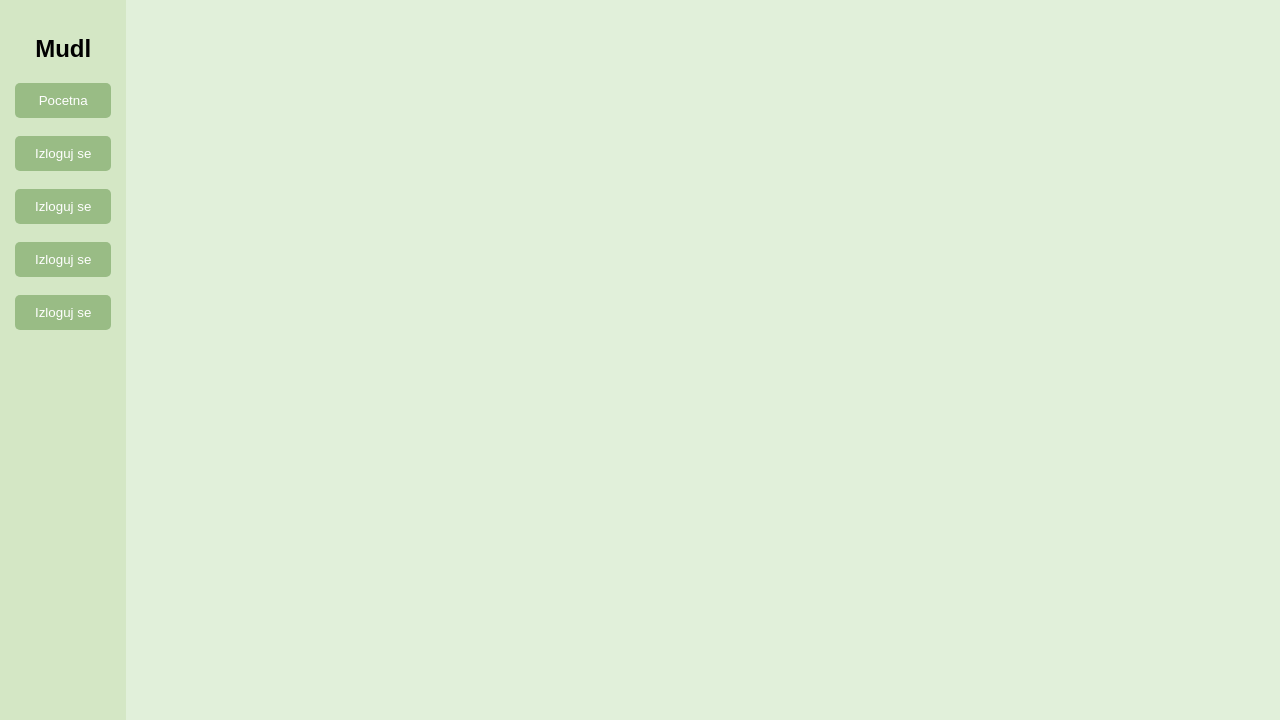
Repository: MarkoKillin/RazvojInformacionihSistemaProjekat
Page: http://localhost/MudlWeb/headers/admin_header.jsp
The author's editor kept a copy of each file at every save. The page is drawn from the files as they stood at one save, then again after the next save.
The browser window is 1280 px wide. The pictures show the whole page.
The page is served by Tomcat 10.

Above is the page before, as saved 2024-01-28 17:26:37.

After the next save:
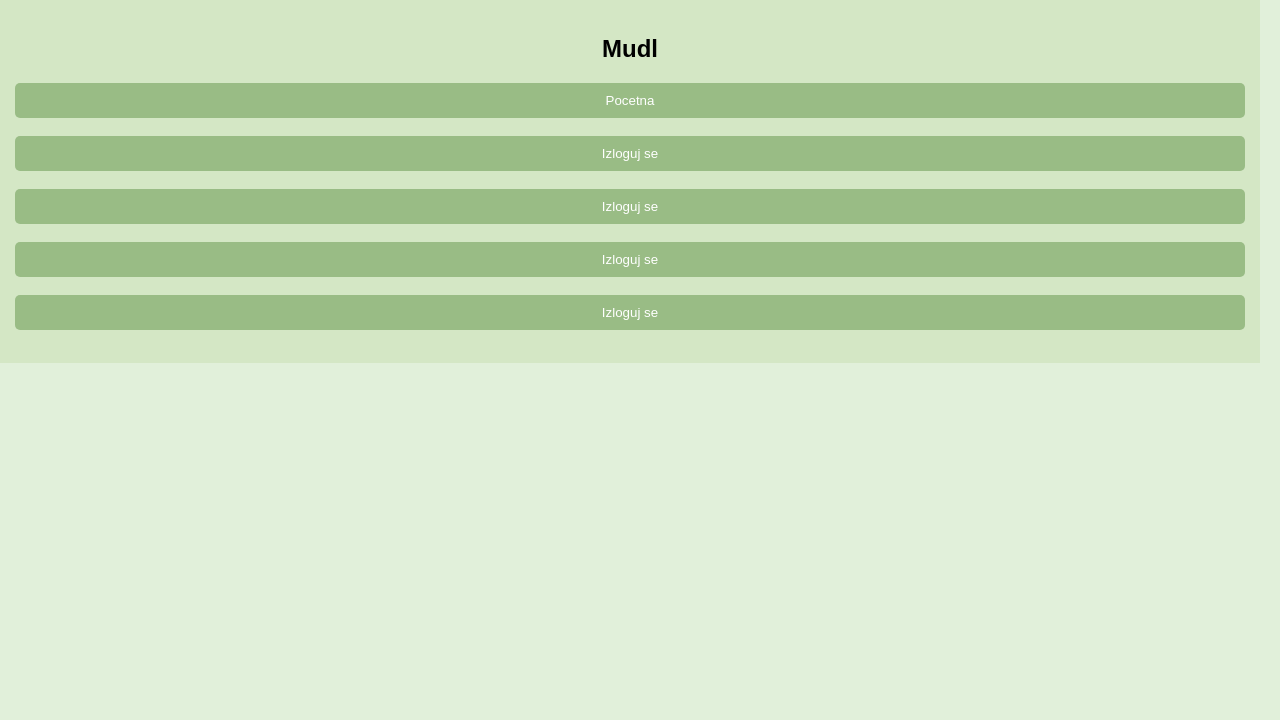
Saved 12 s later.
--- a/MudlWeb/src/main/webapp/css/styles.css
+++ b/MudlWeb/src/main/webapp/css/styles.css
@@ -11,7 +11,6 @@ body {
 	font-family: 'Arial', sans-serif;
 	background-color: var(--primary-color);
 	color: black;
-	display: flex;
 	height: 100vh;
 	margin: 0%;
 }
